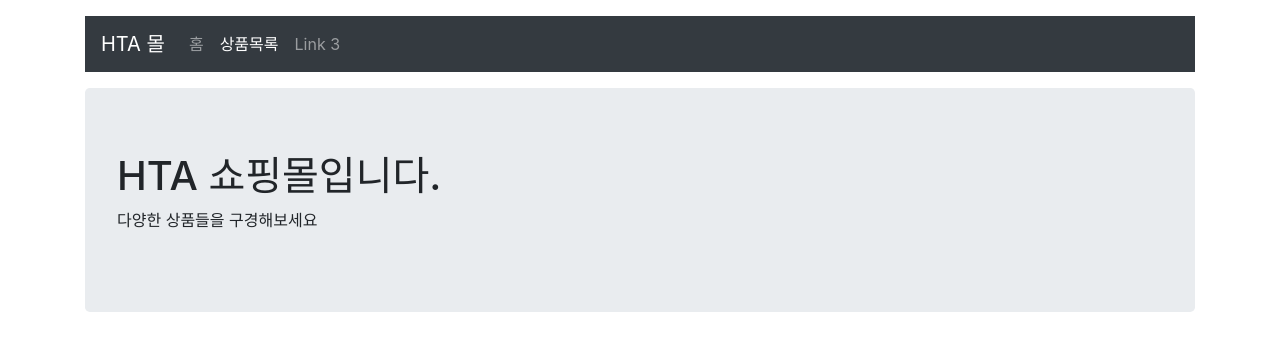
Repository: onuo77/HTA
Page: http://localhost/sample-mybatis/product/list.jsp
The author's editor kept a copy of each file at every save. The page is drawn from the files as they stood at one save, then again after the next save.
The browser window is 1280 px wide. The pictures show the whole page.
The page is served by Tomcat 9. Other server files are loaded and not shown.

Above is the page before, as saved 2021-05-25 08:21:12.

### java-web/sample-mybatis/src/main/webapp/product/list.jsp
<%@ page language="java" contentType="text/html; charset=UTF-8"
    pageEncoding="UTF-8"%>
<!DOCTYPE html>
<html>
<head>
<meta charset="UTF-8">
<meta name="viewport" content="width=device-width, initial-scale=1">
<link rel="stylesheet" href="https://maxcdn.bootstrapcdn.com/bootstrap/4.5.2/css/bootstrap.min.css">
<title>상품몰</title>
</head>
<body>
<div class="container">
	<nav class="navbar navbar-expand-sm bg-dark navbar-dark my-3">
		<a class="navbar-brand" href="">HTA 몰</a>
	  	<ul class="navbar-nav">
	    	<li class="nav-item"><a class="nav-link" href="/sample-mybatis/index.jsp">홈</a></li>
	    	<li class="nav-item active"><a class="nav-link" href="/sample-mybatis/product/list.jsp">상품목록</a></li>
	    	<li class="nav-item"><a class="nav-link" href="#">Link 3</a></li>
	  	</ul>
	</nav>
	<div class="jumbotron">
		<h1>HTA 쇼핑몰입니다.</h1>
		<p>다양한 상품들을 구경해보세요</p>
	</div>
</div>
</body>
</html>

After the next save:
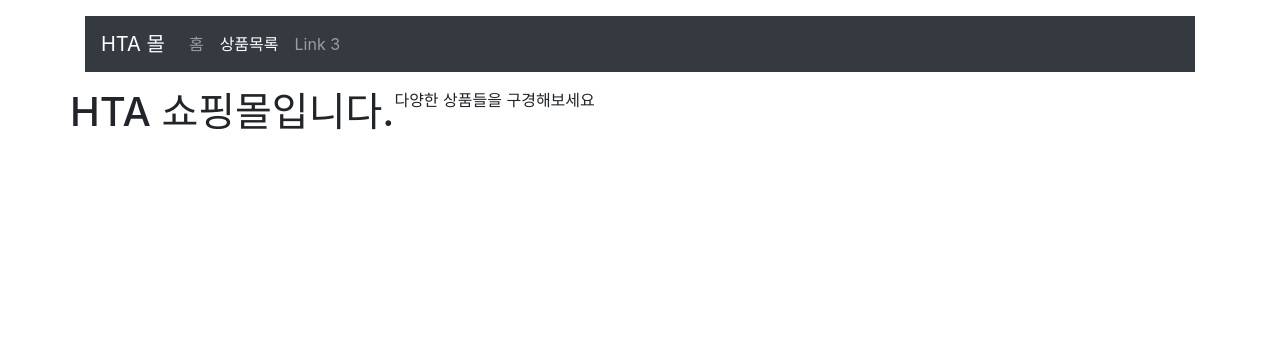
Saved 11 s later.
--- a/java-web/sample-mybatis/src/main/webapp/product/list.jsp
+++ b/java-web/sample-mybatis/src/main/webapp/product/list.jsp
@@ -18,7 +18,7 @@
 	    	<li class="nav-item"><a class="nav-link" href="#">Link 3</a></li>
 	  	</ul>
 	</nav>
-	<div class="jumbotron">
+	<div class="row">
 		<h1>HTA 쇼핑몰입니다.</h1>
 		<p>다양한 상품들을 구경해보세요</p>
 	</div>
